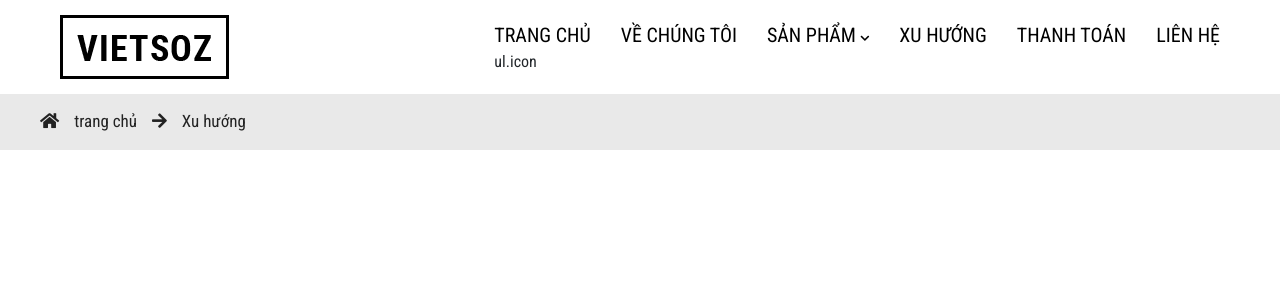
Repository: vinhtk0209/Vietsoz-reponsive
Page: index.html
These files come from the project's save history. The page is drawn as it stood at one moment and after the next save; the edit follows.
The browser window is 1280 px wide. The pictures show the whole page.

Above is the page before, as saved 2021-10-23 17:09:57.

After the next save:
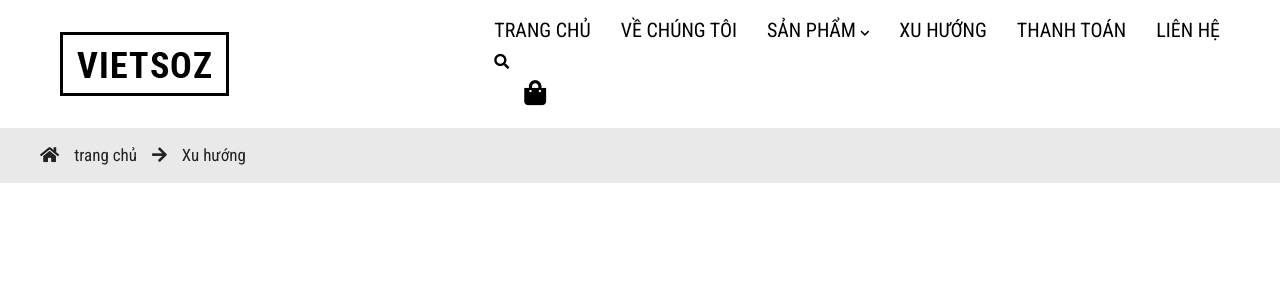
Saved 5 s later.
--- a/index.html
+++ b/index.html
@@ -62,7 +62,19 @@
                 <li><a href="">liên hệ</a></li>
 
               </ul>
-              ul.icon
+              <ul class="icon-menu">
+                <li>
+                  <a href=""
+                    ><span class="search"><i class="fas fa-search"></i></span
+                  ></a>
+                </li>
+                <li>
+                  <a href="" class="shopping-cart"
+                    ><span class="icon-cart"
+                      ><i class="fas fa-shopping-bag"></i></span
+                  ></a>
+                </li>
+              </ul>
             </nav>
           </div>
         </div>
